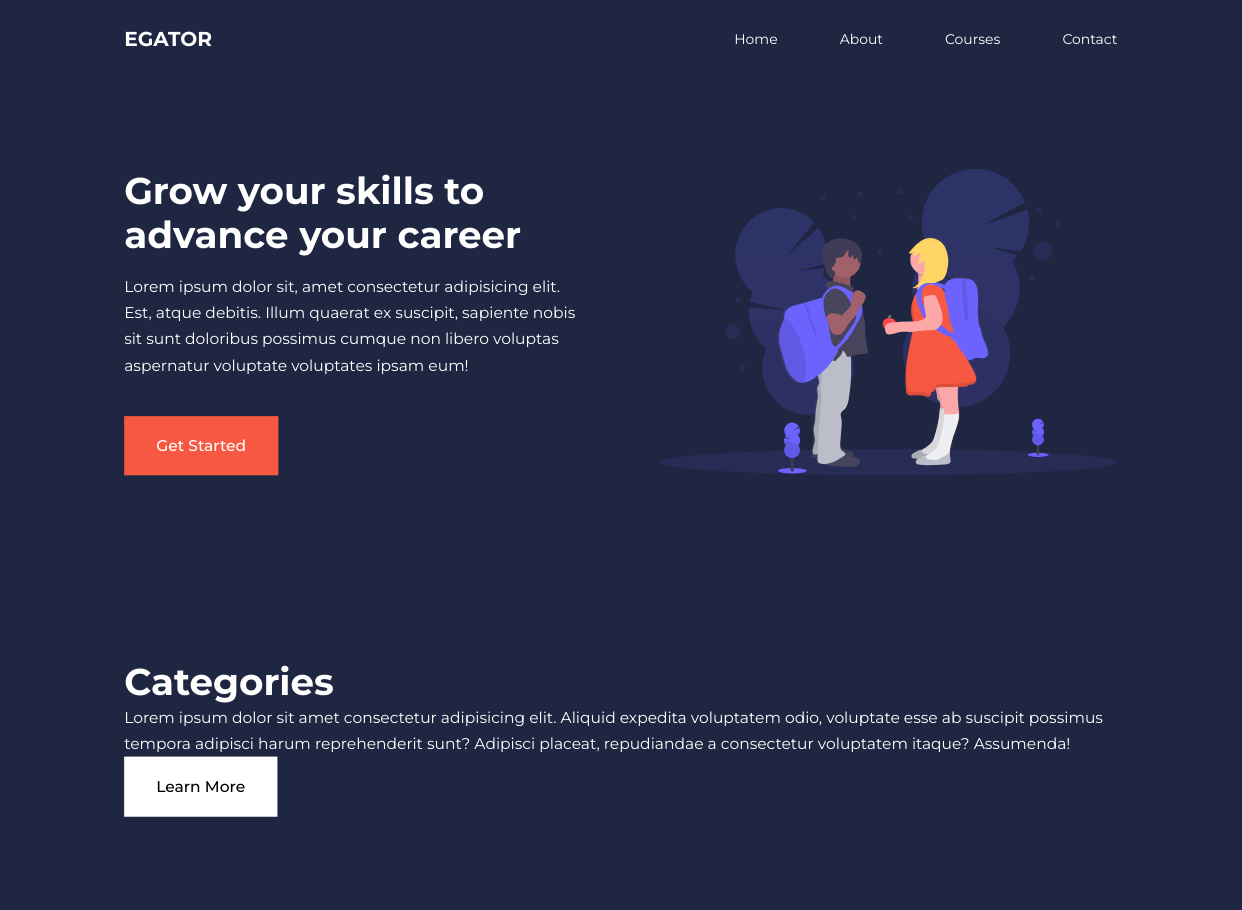
Repository: QUANGTHAI2003/education-web
Page: index.html
An editor plug-in stored every save of this project. The page is shown before and after the next save, followed by the edit.
The browser window is 1280 px wide. The pictures show the whole page, at 97% of full size.

Above is the page before, as saved 2022-03-11 10:50:19.

### index.html
<!DOCTYPE html>
<html lang="en">

<head>
    <meta charset="UTF-8" />
    <meta http-equiv="X-UA-Compatible" content="IE=edge" />
    <meta name="viewport" content="width=device-width, initial-scale=1.0" />
    <title>Responsive Multipage Education</title>
    <!-- ICONSCOUT CDN -->
    <link rel="stylesheet" href="https://unicons.iconscout.com/release/v2.1.6/css/unicons.css" />
    <!-- GOOGLE FONTS -->
    <link rel="preconnect" href="https://fonts.googleapis.com" />
    <link rel="preconnect" href="https://fonts.gstatic.com" crossorigin />
    <link
        href="https://fonts.googleapis.com/css2?family=Montserrat:wght@300;400;500;600;700;800;900&family=Poppins:wght@300;400;600&display=swap"
        rel="stylesheet" />

    <link rel="stylesheet" href="./css/style.css" />
</head>

<body>
    <nav>
        <div class="container nav__container">
            <a href="index.html">
                <h4>EGATOR</h4>
            </a>
            <ul class="nav__menu">
                <li><a href="index.html">Home</a></li>
                <li><a href="about.html">About</a></li>
                <li><a href="courses.html">Courses</a></li>
                <li><a href="contact.html">Contact</a></li>
            </ul>
            <button id="open-menu-btn">
                <i class="uil uil-bars"></i>
            </button>
            <button id="close-menu-btn">
                <i class="uil uil-multiply"></i>
            </button>
        </div>
    </nav>
    <!-- END OF NAVBAR -->
    <header>
        <div class="container header__container">
            <div class="header__left">
                <h1>Grow your skills to advance your career</h1>
                <p>
                    Lorem ipsum dolor sit, amet consectetur adipisicing
                    elit. Est, atque debitis. Illum quaerat ex suscipit,
                    sapiente nobis sit sunt doloribus possimus cumque non
                    libero voluptas aspernatur voluptate voluptates ipsam
                    eum!
                </p>
                <a href="courses.html" class="btn btn-primary">Get Started</a>
            </div>
            <div class="header__right">
                <div class="header__right-image">
                    <img src="./images/header.svg">
                </div>
            </div>
        </div>
    </header>
    <!-- END OF HEADER -->
    <section class="categories">
        <div class="container categories__container">
            <div class="categories__left">
                <h1>Categories</h1>
                <p>
                    Lorem ipsum dolor sit amet consectetur adipisicing elit. Aliquid expedita voluptatem odio, voluptate
                    esse ab suscipit possimus tempora adipisci harum reprehenderit sunt? Adipisci placeat, repudiandae a
                    consectetur voluptatem itaque? Assumenda!
                </p>
                <a href="#" class="btn">Learn More</a>
            </div>
            <div class="categories__right">

            </div>
        </div>
    </section>
</body>

</html>

### css/style.css
* {
    margin: 0;
    padding: 0;
    border: 0;
    outline: 0;
    text-decoration: none;
    list-style: none;
    box-sizing: border-box;
}

:root {
    --color-primary: #6c63ff;
    --color-success: #00bf8e;
    --color-warning: #f7c94b;
    --color-danger: #f75842;
    --color-danger-variant: rgba(247, 88, 66, 0.4);
    --color-white: #fff;
    --color-light: rgba(255, 255, 255, 0.7);
    --color-black: #000;
    --color-bg: #1f2641;
    --color-bg1: #2e3267;
    --color-bg2: #424890;

    --container-width-lg: 80%;
    --container-width-md: 90%;
    --container-width-sm: 94%;

    --transition: all 400ms ease;
}

body {
    font-family: 'Montserrat', sans-serif;
    line-height: 1.7;
    color: var(--color-white);
    background: var(--color-bg);
}

.container {
    width: var(--container-width-lg);
    margin: 0 auto;
}

section {
    padding: 6rem 0;
}

section h2 {
    text-align: center;
    margin-bottom: 4rem;
}

h1,
h2,
h3,
h4,
h5 {
    line-height: 1.2;
}

h1 {
    font-size: 2.4rem;
}

h2 {
    font-size: 2rem;
}

h3 {
    font-size: 1.3rem;
}

h4 {
    font-size: 1.3rem;
}

a {
    color: var(--color-white);
}

img {
    width: 100%;
    display: block;
    object-fit: cover;
}

.btn {
    display: inline-block;
    background: var(--color-white);
    color: var(--color-black);
    padding: 1rem 2rem;
    border: 1px solid transparent;
    font-weight: 500;
    transition: var(--transition);
}

.btn:hover {
    background: transparent;
    color: var(--color-white);
    border-color: var(--color-white);
}

.btn-primary {
    background: var(--color-danger);
    color: var(--color-white);
}

/* ================= NAVBAR =================*/
nav {
    background: transparent;
    width: 100vw;
    height: 5rem;
    position: fixed;
    top: 0;
    z-index: 11;
}

.nav__container {
    height: 100%;
    display: flex;
    justify-content: space-between;
    align-items: center;
}

nav button {
    display: none;
}

.nav__menu {
    display: flex;
    align-items: center;
    gap: 4rem;
}

.nav__menu a {
    font-size: 0.9rem;
    transition: var(--transition);
}

.nav__menu a:hover {
    color: var(--color-bg2);
}

/* ================= HEADER =================*/
header {
    position: relative;
    top: 5rem;
    overflow: hidden;
    height: 70vh;
    margin-bottom: 5rem;
}

.header__container {
    display: grid;
    grid-template-columns: repeat(2, 1fr);
    align-items: center;
    gap: 5rem;
    height: 100%;
}

.header__left p {
    margin: 1rem 0 2.4rem;
}

After the next save:
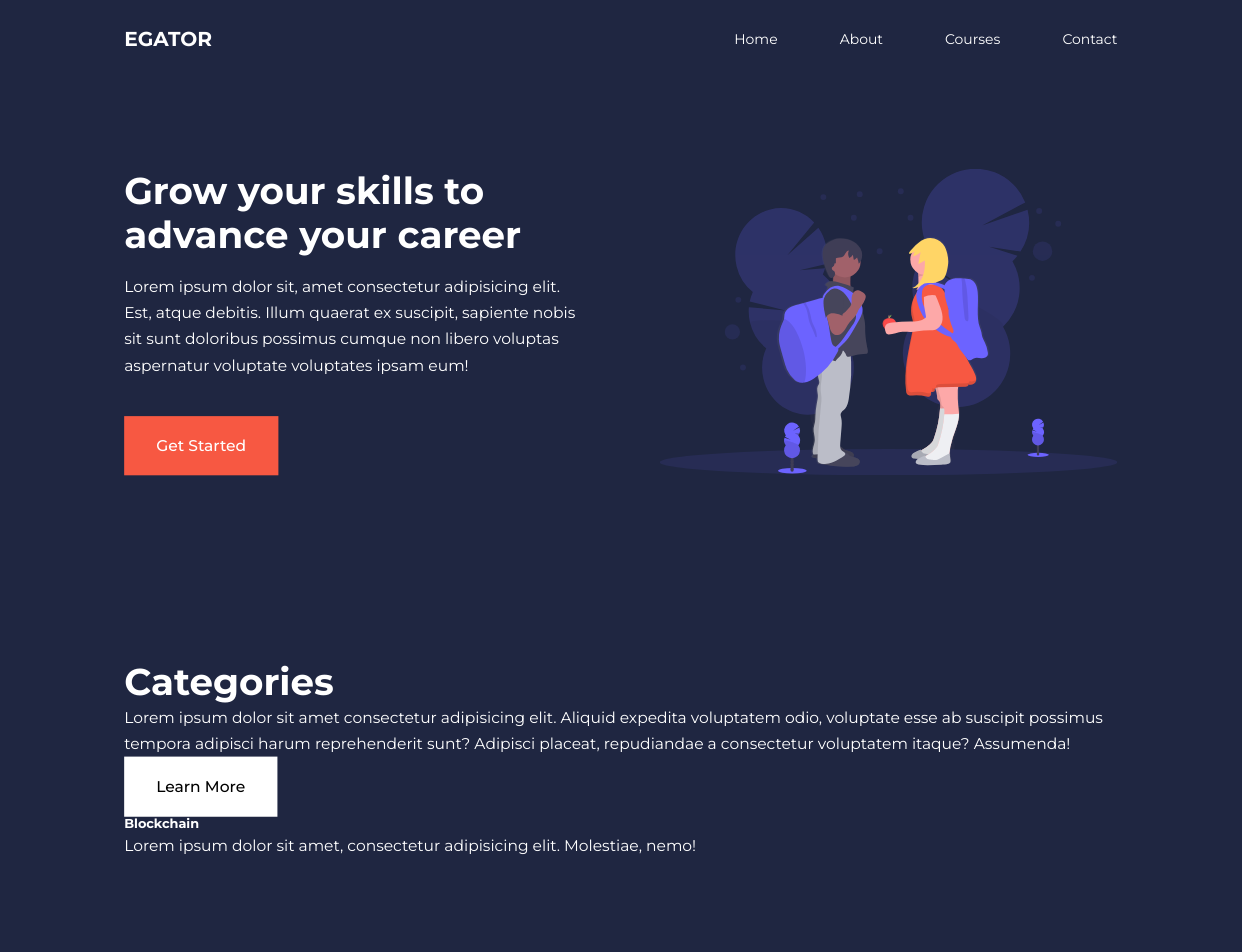
Saved 94 s later.
--- a/index.html
+++ b/index.html
@@ -72,7 +72,11 @@
                 <a href="#" class="btn">Learn More</a>
             </div>
             <div class="categories__right">
-
+                <article class="category">
+                    <span class="category__icon"></span>
+                    <h5>Blockchain</h5>
+                    <p>Lorem ipsum dolor sit amet, consectetur adipisicing elit. Molestiae, nemo!</p>
+                </article>
             </div>
         </div>
     </section>
